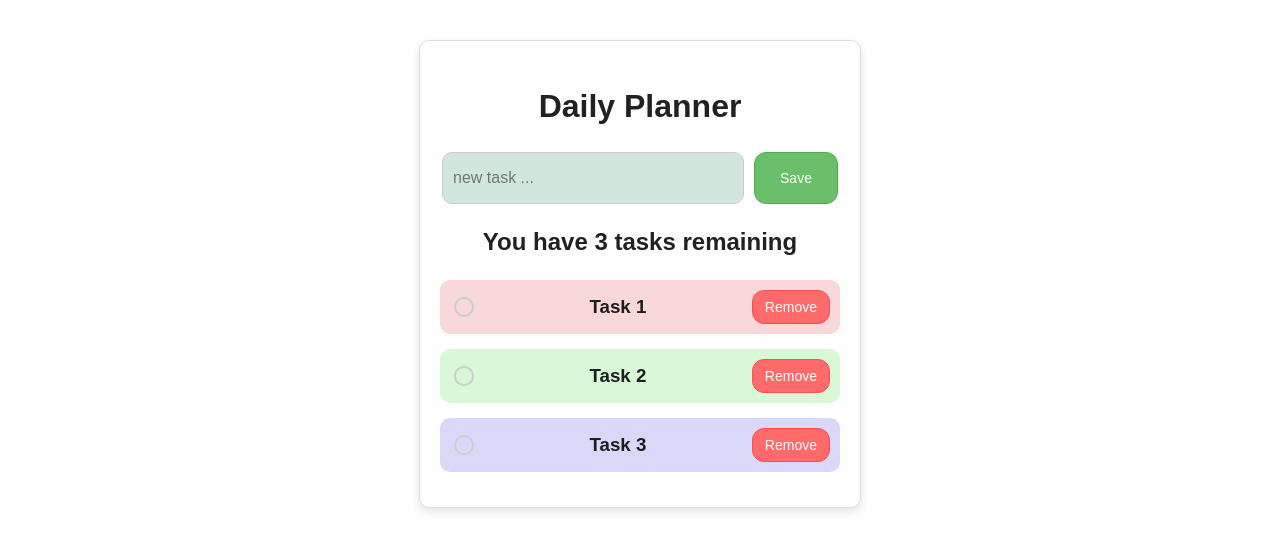
Repository: Zalida-Khan/Frontend-Lab4
Page: /
These files come from the project's save history. The page is drawn as it stood at one moment and after a run of saves; the edit follows.
The browser window is 1280 px wide. The pictures show the whole page.
The project was rebuilt for these pictures with package versions that can differ from the ones it lists, and the page was loaded fresh each time. Also part of the build but not shown: vite.config.js.

Above is the page before, as saved 2024-10-22 00:56:10.

After the next 2 saves:
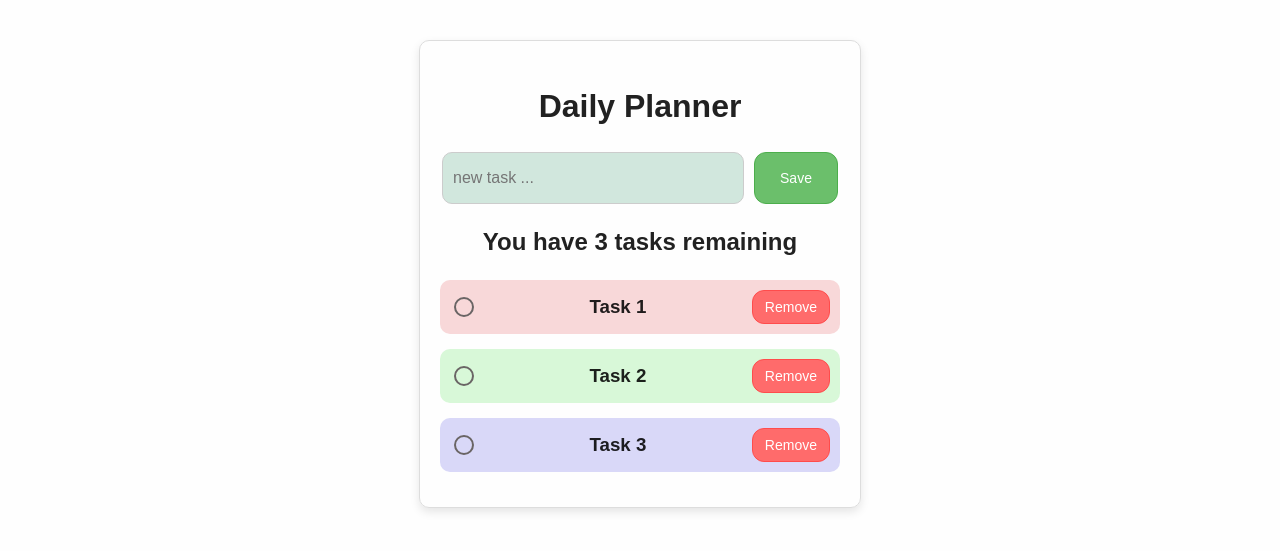
The 2 saves are shown as one change because they came seconds apart.
The last was saved 16 s later.
--- a/src/App.css
+++ b/src/App.css
@@ -67,7 +67,7 @@
   width: 20px;
   height: 20px;
   border-radius: 50%;
-  border: 2px solid #ccc;
+  border: 2px solid #6a6565;
   background-color: transparent;
   display: flex;
   align-items: center;
